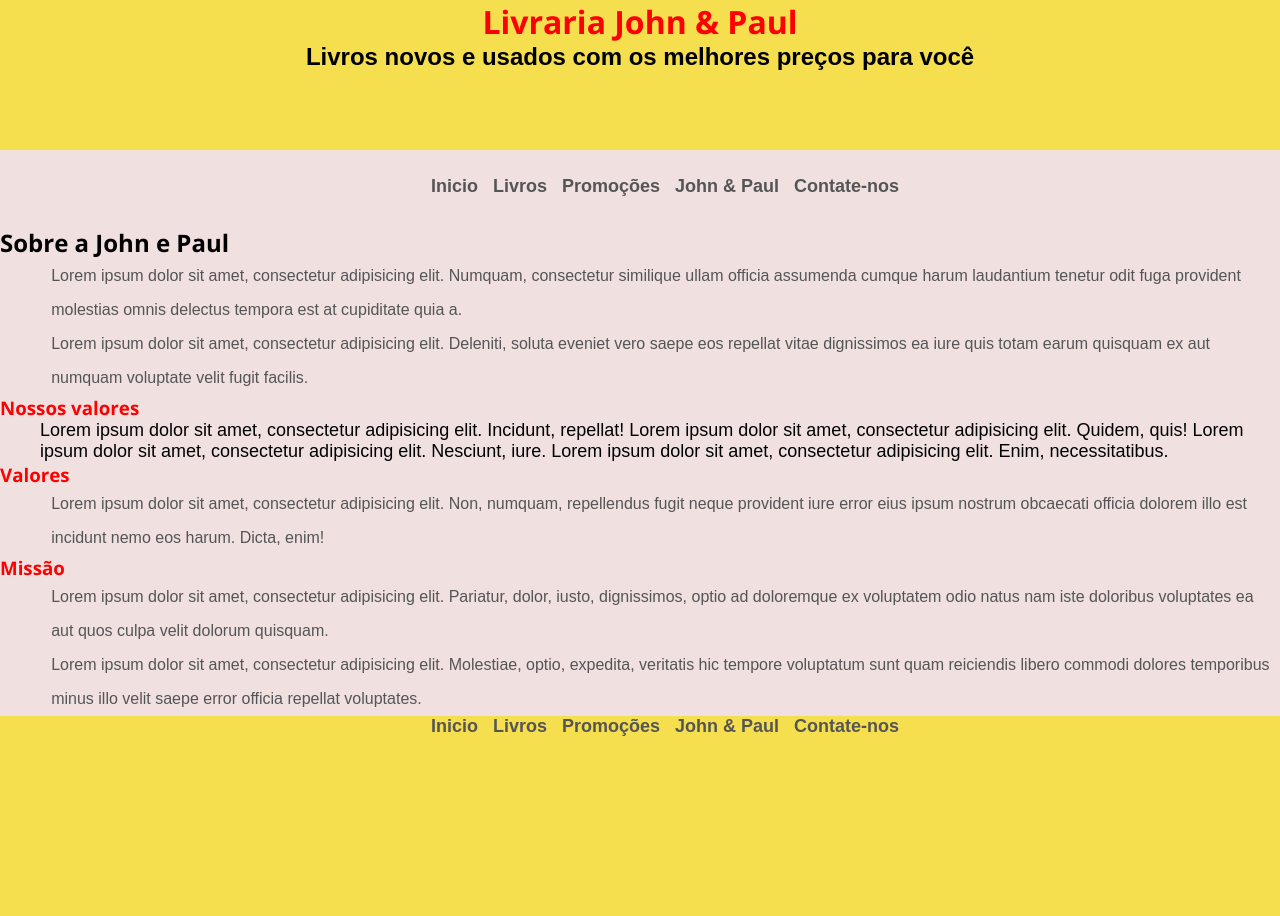
Repository: MarcoantonioCaldeira/Site-livraria-John-e-Paul
Page: sobre.html
An editor plug-in stored every save of this project. The page is shown before and after the next save, followed by the edit.
The browser window is 1280 px wide. The pictures show the whole page.

Above is the page before, as saved 2022-09-25 09:24:40.

After the next save:
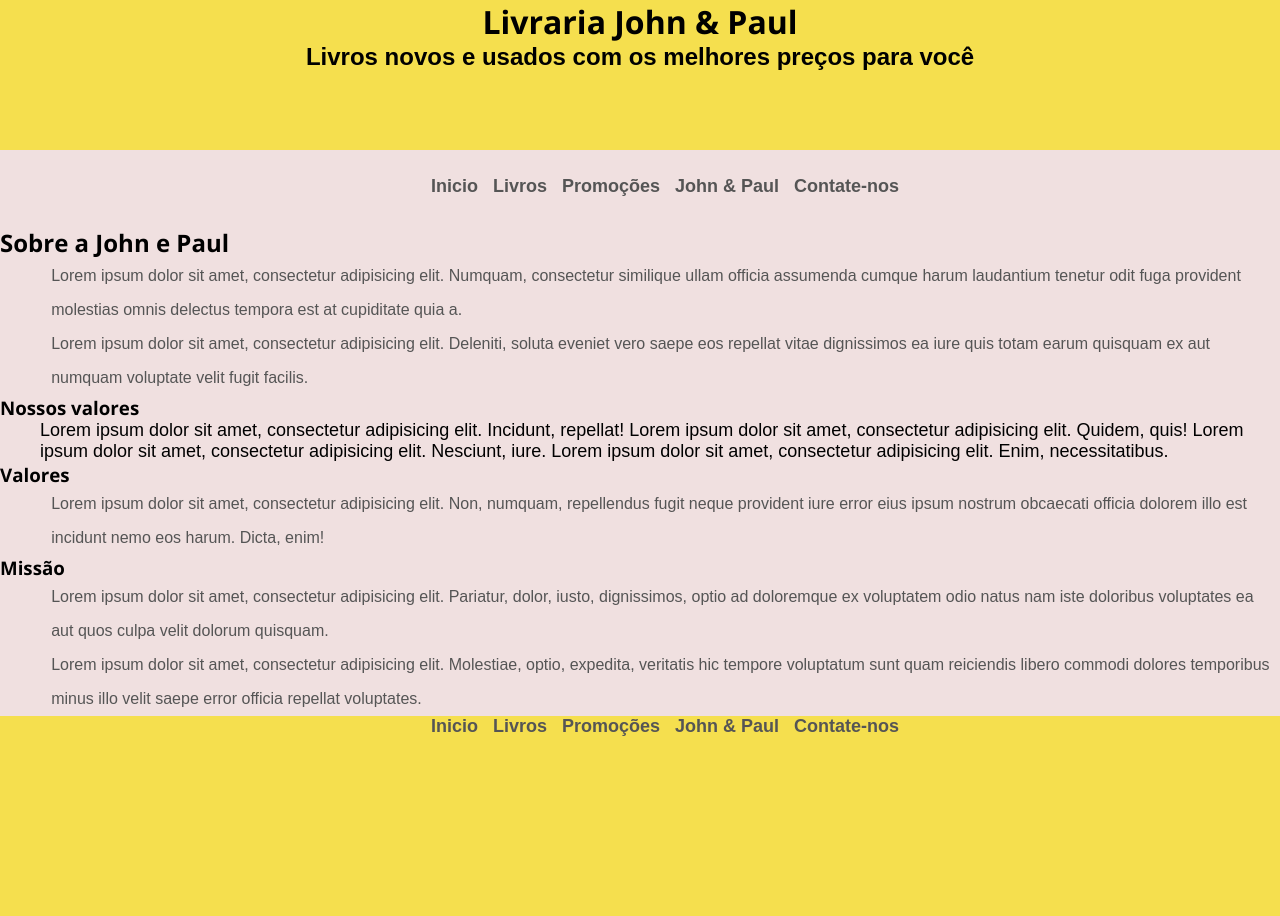
Saved 5 min 46 s later.
--- a/sobre.html
+++ b/sobre.html
@@ -1,13 +1,14 @@
 <!doctype html>
 <html dir="ltr" lang="pt-BR">
 <head>
-   <meta charset="utf-8">
+   <meta name="viewport" content="width=device-width, initial-scale=1.0">
+
    <title>Meu Primeiro Projeto</title>
    <link rel="stylesheet" href="css/estilo.css">
 </head>
 <body>
 <header id="topo">
-   <h1 class="center" style="color:red"> Livraria John & Paul</h1>
+   <h1 class="center"> Livraria John & Paul</h1>
    <h2 class="center">Livros novos e usados com os melhores preços para você</h2>
 </header>
 <nav id="menu">
@@ -23,19 +24,20 @@
    <h1>Sobre a John e Paul</h1>
    <p>Lorem ipsum dolor sit amet, consectetur adipisicing elit. Numquam, consectetur similique ullam officia assumenda cumque harum laudantium tenetur odit fuga provident molestias omnis delectus tempora est at cupiditate quia a.</p>
    <p>Lorem ipsum dolor sit amet, consectetur adipisicing elit. Deleniti, soluta eveniet vero saepe eos repellat vitae dignissimos ea iure quis totam earum quisquam ex aut numquam voluptate velit fugit facilis.</p>
-   <h3 style="color:red">Nossos valores</h3>
+   <h3>Nossos valores</h3>
    <ul>
       <li>Lorem ipsum dolor sit amet, consectetur adipisicing elit. Incidunt, repellat!</li>
       <li>Lorem ipsum dolor sit amet, consectetur adipisicing elit. Quidem, quis!</li>
       <li>Lorem ipsum dolor sit amet, consectetur adipisicing elit. Nesciunt, iure.</li>
       <li>Lorem ipsum dolor sit amet, consectetur adipisicing elit. Enim, necessitatibus.</li>
    </ul>
-   <h3 style="color:red">Valores</h3>
+   <h3>Valores</h3>
    <p>Lorem ipsum dolor sit amet, consectetur adipisicing elit. Non, numquam, repellendus fugit neque provident iure error eius ipsum nostrum obcaecati officia dolorem illo est incidunt nemo eos harum. Dicta, enim!</p>
-   <h3 style="color:red">Missão</h3>
+   <h3>Missão</h3>
    <p>Lorem ipsum dolor sit amet, consectetur adipisicing elit. Pariatur, dolor, iusto, dignissimos, optio ad doloremque ex voluptatem odio natus nam iste doloribus voluptates ea aut quos culpa velit dolorum quisquam.</p>
    <p>Lorem ipsum dolor sit amet, consectetur adipisicing elit. Molestiae, optio, expedita, veritatis hic tempore voluptatum sunt quam reiciendis libero commodi dolores temporibus minus illo velit saepe error officia repellat voluptates.</p>
 </section>
+
 <footer id="rodape">
    <ul>
       <li><a href="index.html">Inicio</a></li>
